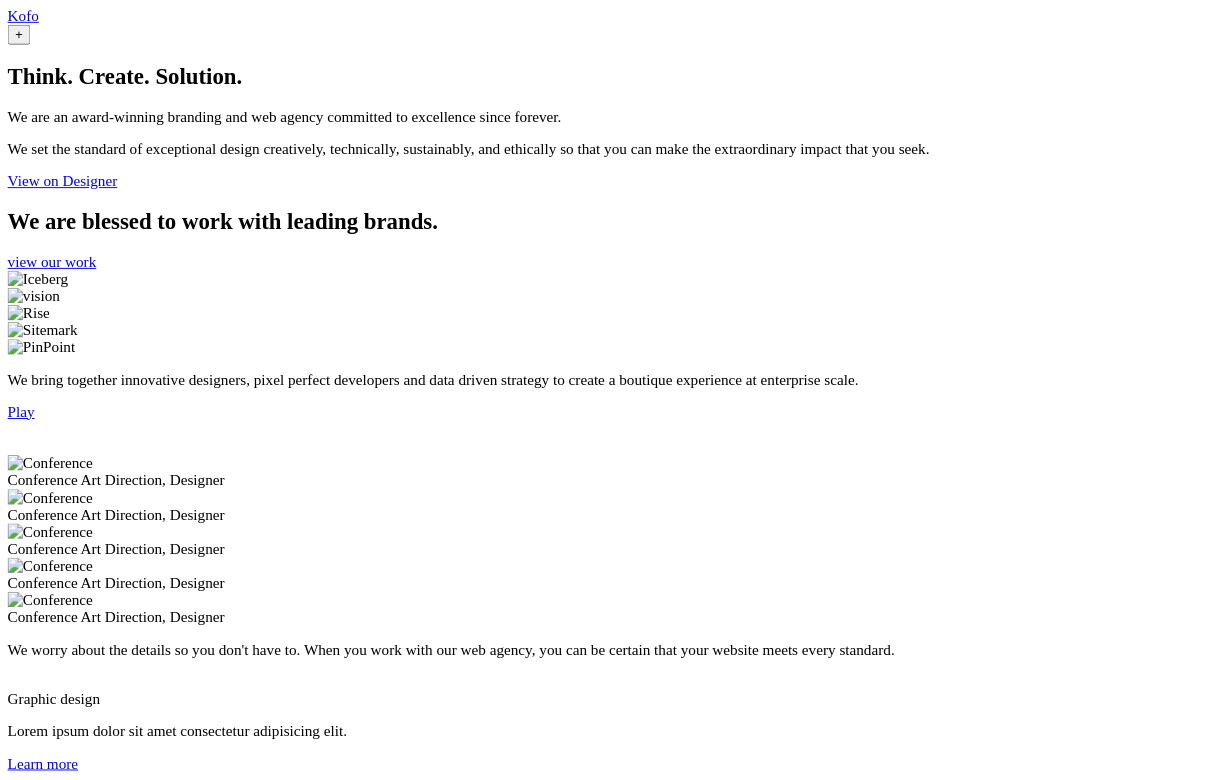
Repository: debthebuilder/kofo
Page: index.html
The author's editor kept a copy of each file at every save. The page is drawn from the files as they stood at one save, then again after the next save.
The browser window is 1280 px wide. The pictures show the whole page, at 95% of full size.

Above is the page before, as saved 2022-10-13 11:46:26.

### index.html
<!DOCTYPE html>
<html lang="en">
<head>
    <meta charset="UTF-8">
    <meta http-equiv="X-UA-Compatible" content="IE=edge">
    <meta name="viewport" content="width=device-width, initial-scale=1.0">
    <title>Kofo - Webflow Portfolio template</title>
</head>
<body>
    <!--Fixed Top Navigation Bar-->
    <nav class="fixed-navbar">
        <a href="index.html" class="logo">Kofo</a>
        <div>
            <button>+</button>
        </div>
    </nav>
    <!--Hero Section-->
    <section class="hero">
        <div class="row">
            <div class="col">
                <h1>Think. <span>Create.</span> Solution.</h1>
            </div>
            <div class="col">
                <div>
                    <p>We are an award-winning branding and web agency committed to excellence since forever.</p>
                </div>
                <div>
                    <p>We set the standard of exceptional design creatively, technically, sustainably, and ethically so that you can make the extraordinary impact that you seek.</p>
                    <div>
                        <a href="#">View on Designer</a>
                        <span>
                            <img src="#" alt="" />
                        </span>
                    </div>
                </div>
            </div>
        </div>
    </section>
    <!--Partner Brands-->
    <section>
        <div>
            <h2>We are blessed to work with leading brands.</h2>
            <a href="#">view our work</a>
        </div>
        <div>
            <div class="partner-logo">
                <img src="#" alt="Iceberg" />
            </div>
            <div class="partner-logo">
                <img src="#" alt="vision" />
            </div>
            <div class="partner-logo">
                <img src="#" alt="Rise" />
            </div>
            <div class="partner-logo">
                <img src="#" alt="Sitemark" />
            </div>
            <div class="partner-logo">
                <img src="#" alt="PinPoint" />
            </div>
        </div>
    </section>
    <!--What we do-->
    <section class="about">
        <div class="row">
            <div class="col">
                <p>We bring together innovative designers, pixel perfect developers and data driven strategy to create a boutique experience at enterprise scale.</p>
                <div>
                    <a href="#">Play</a>
                    <div>
                        <img src="" alt="" />
                    </div>
                </div>
            </div>
            <div class="col">
                <div>
                    <img src="" alt="" />
                </div>
            </div>
        </div>
    </section>
    <!--Portfolio-->
    <section class="portfolio">
        <div class="grid">
            <div class="portfolio-item">
                <div class="">
                    <img src="" alt="Conference" />
                </div>
                <div class="absolute">
                    <div class="flex-items">
                        <span class="item-title">Conference</span>
                        <span class="item-tags">Art Direction, Designer</span>
                    </div>
                </div>
            </div>
            <div class="portfolio-item">
                <div class="">
                    <img src="" alt="Conference" />
                </div>
                <div class="absolute">
                    <div class="flex-items">
                        <span class="item-title">Conference</span>
                        <span class="item-tags">Art Direction, Designer</span>
                    </div>
                </div>
            </div>
            <div class="portfolio-item">
                <div class="">
                    <img src="" alt="Conference" />
                </div>
                <div class="absolute">
                    <div class="flex-items">
                        <span class="item-title">Conference</span>
                        <span class="item-tags">Art Direction, Designer</span>
                    </div>
                </div>
            </div>
            <div class="portfolio-item">
                <div class="">
                    <img src="" alt="Conference" />
                </div>
                <div class="absolute">
                    <div class="flex-items">
                        <span class="item-title">Conference</span>
                        <span class="item-tags">Art Direction, Designer</span>
                    </div>
                </div>
            </div>
            <div class="portfolio-item">
                <div class="">
                    <img src="" alt="Conference" />
                </div>
                <div class="absolute">
                    <div class="flex-items">
                        <span class="item-title">Conference</span>
                        <span class="item-tags">Art Direction, Designer</span>
                    </div>
                </div>
            </div>
        </div>
    </section>
    <!--Services-->
    <section>
        <p>We worry about the details so you don't have to. When you work with our web agency, you can be certain that your website meets every standard.</p>
        <div class="services">
            <div class="service-card">
                <div class="service-icon">
                    <img src="" alt="" />
                </div>
                <div class="service-details">
                    <div class="service-title">Graphic design</div>
                    <p class="service-intro">Lorem ipsum dolor sit amet consectetur adipisicing elit.</p>
                    <a href="about.html" class="service-link">Learn more</a>
                </div>
            </div>
        </div>
    </section>
    <!--Testimonial-->
    <!--Fun Facts-->
    <!--Latest Blog Posts-->
    <!--Newsletter-->
    <!--Footer-->
</body>
</html>

After the next save:
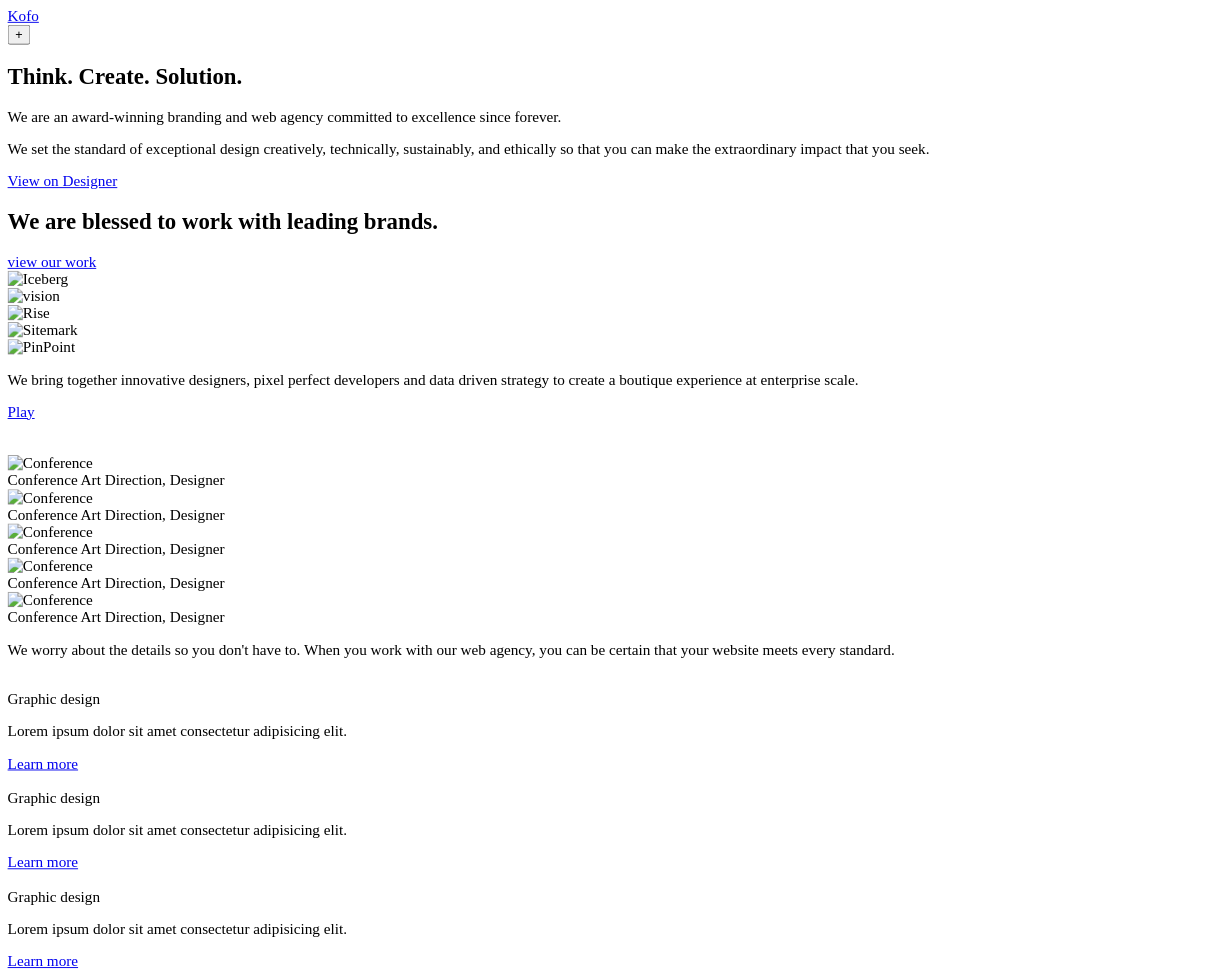
Saved 6 s later.
--- a/index.html
+++ b/index.html
@@ -153,6 +153,26 @@
                     <a href="about.html" class="service-link">Learn more</a>
                 </div>
             </div>
+            <div class="service-card">
+                <div class="service-icon">
+                    <img src="" alt="" />
+                </div>
+                <div class="service-details">
+                    <div class="service-title">Graphic design</div>
+                    <p class="service-intro">Lorem ipsum dolor sit amet consectetur adipisicing elit.</p>
+                    <a href="about.html" class="service-link">Learn more</a>
+                </div>
+            </div>
+            <div class="service-card">
+                <div class="service-icon">
+                    <img src="" alt="" />
+                </div>
+                <div class="service-details">
+                    <div class="service-title">Graphic design</div>
+                    <p class="service-intro">Lorem ipsum dolor sit amet consectetur adipisicing elit.</p>
+                    <a href="about.html" class="service-link">Learn more</a>
+                </div>
+            </div>
         </div>
     </section>
     <!--Testimonial-->
